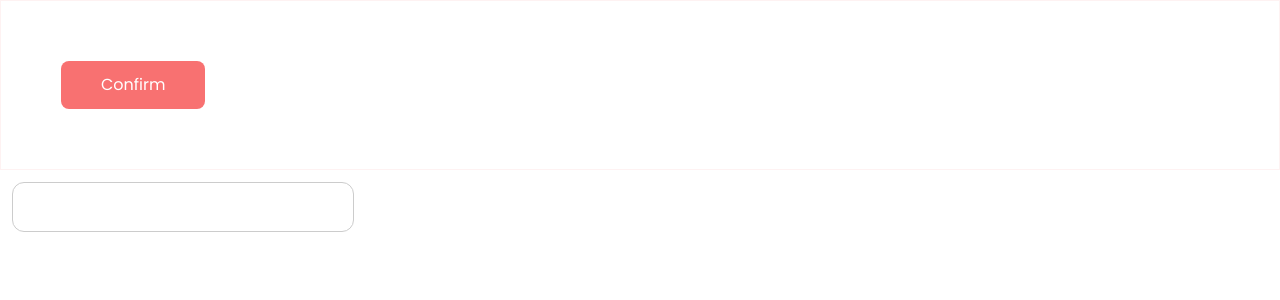
Repository: quangbeuu/Tailwind_learn
Page: Tailwind/index.html
These files come from the project's save history. The page is drawn as it stood at one moment and after the next save; the edit follows.
The browser window is 1280 px wide. The pictures show the whole page.

Above is the page before, as saved 2022-01-25 13:38:12.

After the next save:
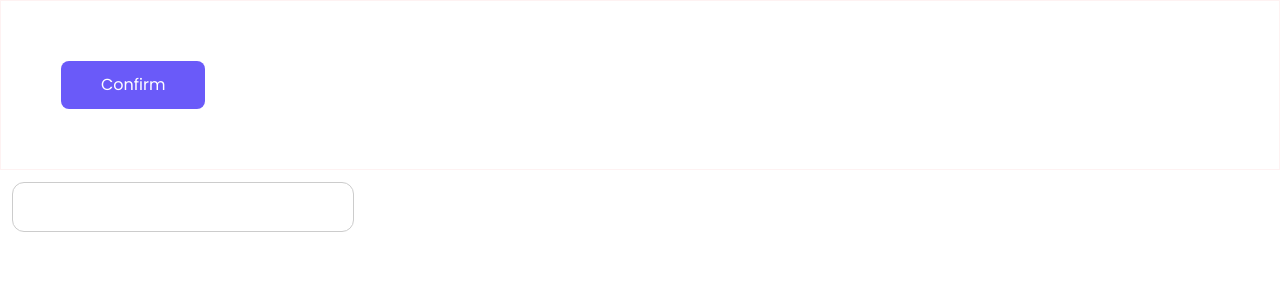
Saved 7 s later.
--- a/Tailwind/index.html
+++ b/Tailwind/index.html
@@ -45,7 +45,7 @@
     </div> -->
     <!-- VD2: -->
     <!-- <div class="group p-10 border border-red-50"> -->
-    <div class="group p-10 border border-red-50">
+    <div class="p-10 border border-red-50">
         <button class="inline-block py-3 px-10 m-5 text-white bg-[#6A5AF9] lg:group-hover:bg-red-400 transition-colors rounded-lg">Confirm</button>
     </div>
     <input type="text" class="py-3 px-3 border border-[#ccc] outline-none rounded-xl m-3 focus:border-[#ffa400] transition-all">
